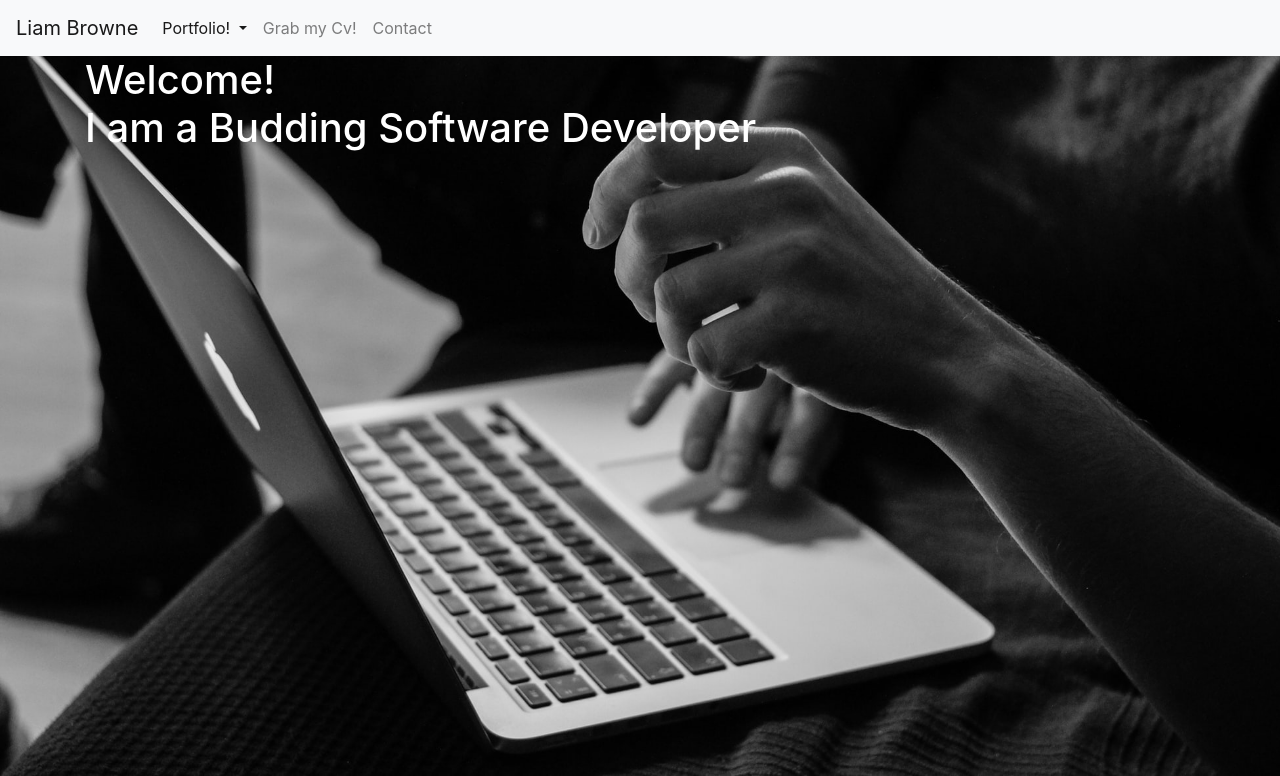
Repository: LiamB123/LiamBrowne.com.github.io
Page: index.html
The author's editor kept a record of every edit. The page is drawn from the files as they stood at one moment, then again after the next edit.
The browser window is 1280 px wide. The pictures show the whole page.
Backgrounds fixed to the window are drawn as part of the page.

Above is the page before.

After the next edit:
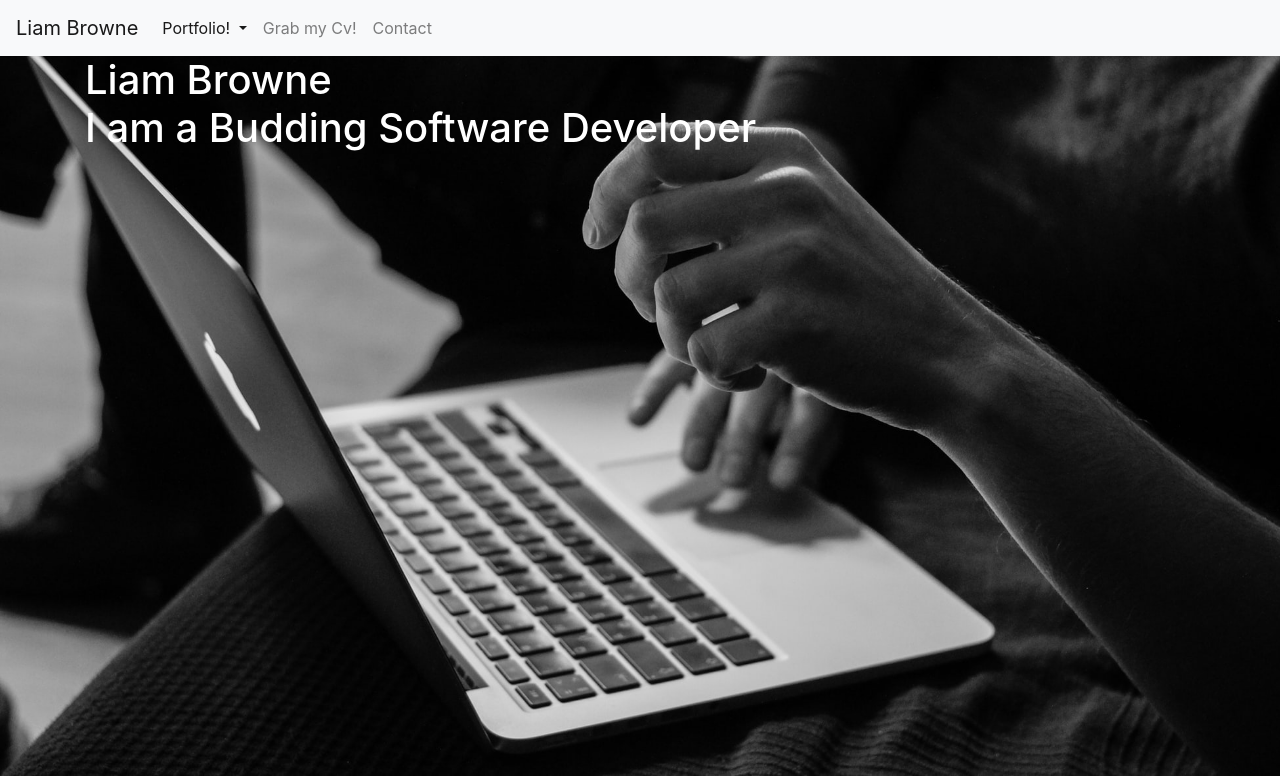
The edit:
--- a/index.html
+++ b/index.html
@@ -66,7 +66,7 @@
 
 
         <h1 class="white-lettering">
-          Welcome!
+          Liam Browne
           <br>
           <div class="push_right">
              I am a Budding Software Developer</div>
